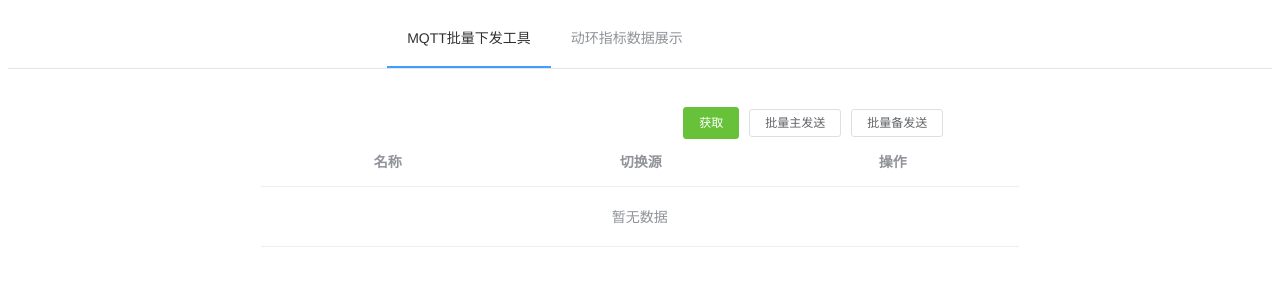
Repository: faintout/BHMQTTSendTool
Page: /
An editor plug-in stored every save of this project. The page is shown before and after a run of saves, followed by the edit.
The browser window is 1280 px wide. The pictures show the whole page.
The page's requests for data from a server got no answer. The project was rebuilt for these pictures with package versions that can differ from the ones it lists, and the page was loaded fresh each time. No one was signed in, and anything a server would have sent is missing. Also part of the build but not shown: vue.config.js, src/views/MovingInfoShow.vue.

Above is the page before, as saved 2020-09-03 14:14:14.

After the next 2 saves:
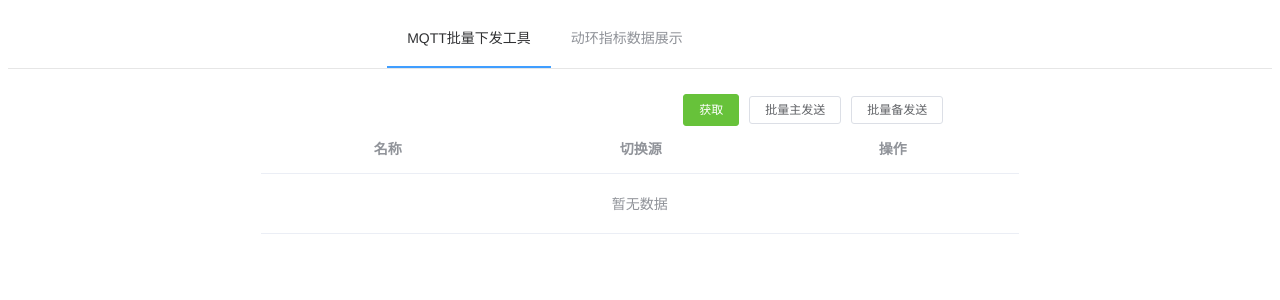
The 2 saves are shown as one change because they came seconds apart.
The last was saved 5 s later.
--- a/src/views/MqttSendTool.vue
+++ b/src/views/MqttSendTool.vue
@@ -273,7 +273,7 @@
 <style lang="less" scoped>
     .content {
         width: 60%;
-        margin: 3% auto;
+        margin: 2% auto;
         margin-bottom: 0;
     }
 
